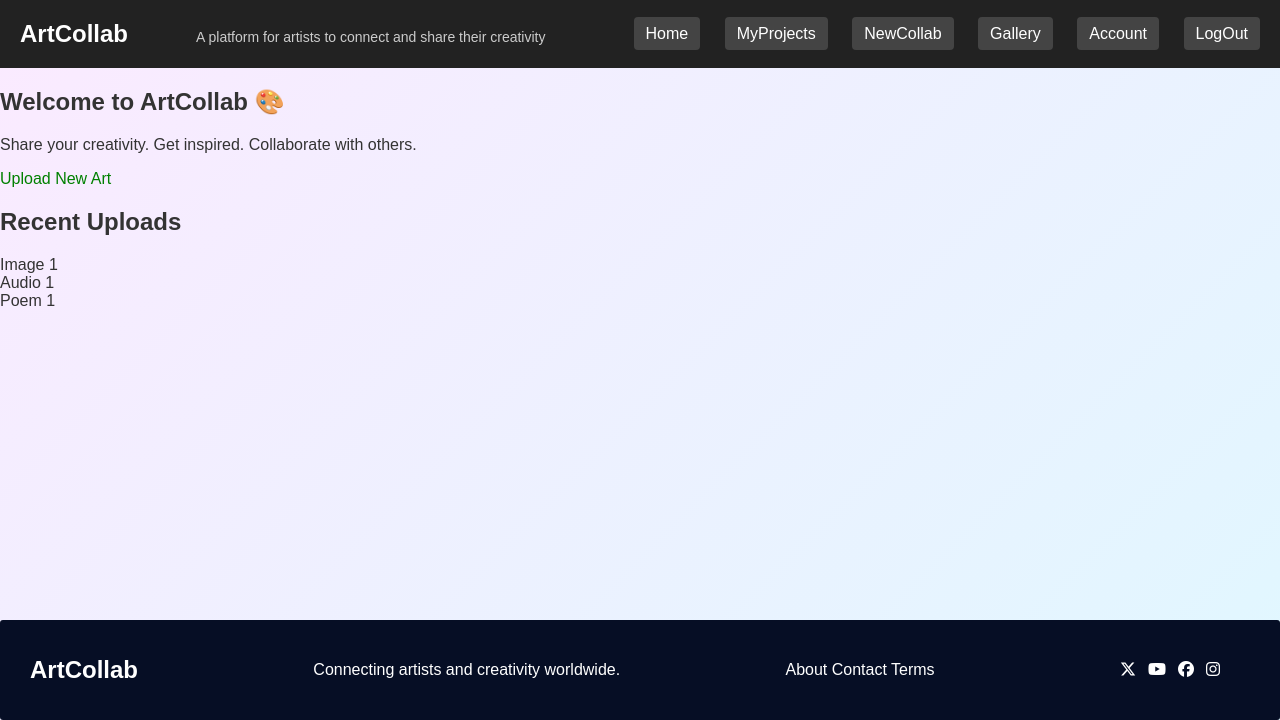
Repository: jeevanReddyP/ArtCollab_App
Page: dashboard.html
An editor plug-in stored every save of this project. The page is shown before and after a run of saves, followed by the edit.
The browser window is 1280 px wide. The pictures show the whole page.

Above is the page before, as saved 2025-06-13 19:57:09.

After the next 9 saves:
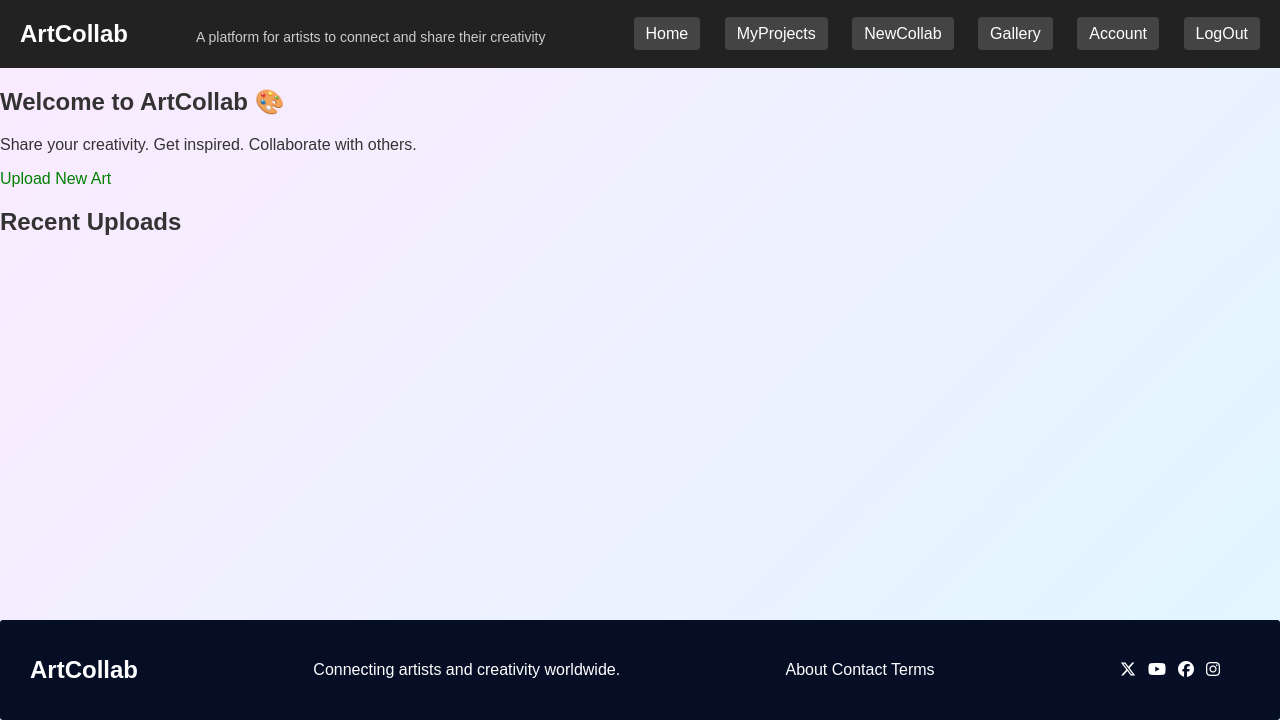
The 9 saves are shown as one change because they came seconds apart.
The last was saved 115 s later.
--- a/dashboard.html
+++ b/dashboard.html
@@ -144,3 +144,33 @@ justify-content:space-between;
 </footer>
 </body>
 </html>
+<script>
+  const artGrid = document.querySelector(".art-grid");
+  artGrid.innerHTML = ""; // Clear default placeholders
+
+  const artworks = JSON.parse(localStorage.getItem("artGallery")) || [];
+
+  // Show the latest 5 uploads (optional)
+  const recentArt = artworks.slice(-5).reverse();
+
+  recentArt.forEach(art => {
+    const card = document.createElement("div");
+    card.className = "art-card";
+
+    const title = `<h3>${art.title}</h3>`;
+    const description = `<p>${art.description}</p>`;
+
+    let content = "";
+
+    if (art.type === "image") {
+      content = `<img src="${art.fileurl}" alt="artwork" style="max-width: 100%; height: auto;">`;
+    } else if (art.type === "audio") {
+      content = `<audio controls src="${art.fileurl}"></audio>`;
+    } else if (art.type === "text") {
+      content = `<p style="white-space: pre-wrap;">${art.content}</p>`;
+    }
+
+    card.innerHTML = title + description + content;
+    artGrid.appendChild(card);
+  });
+</script>

After the 4 saves that followed:
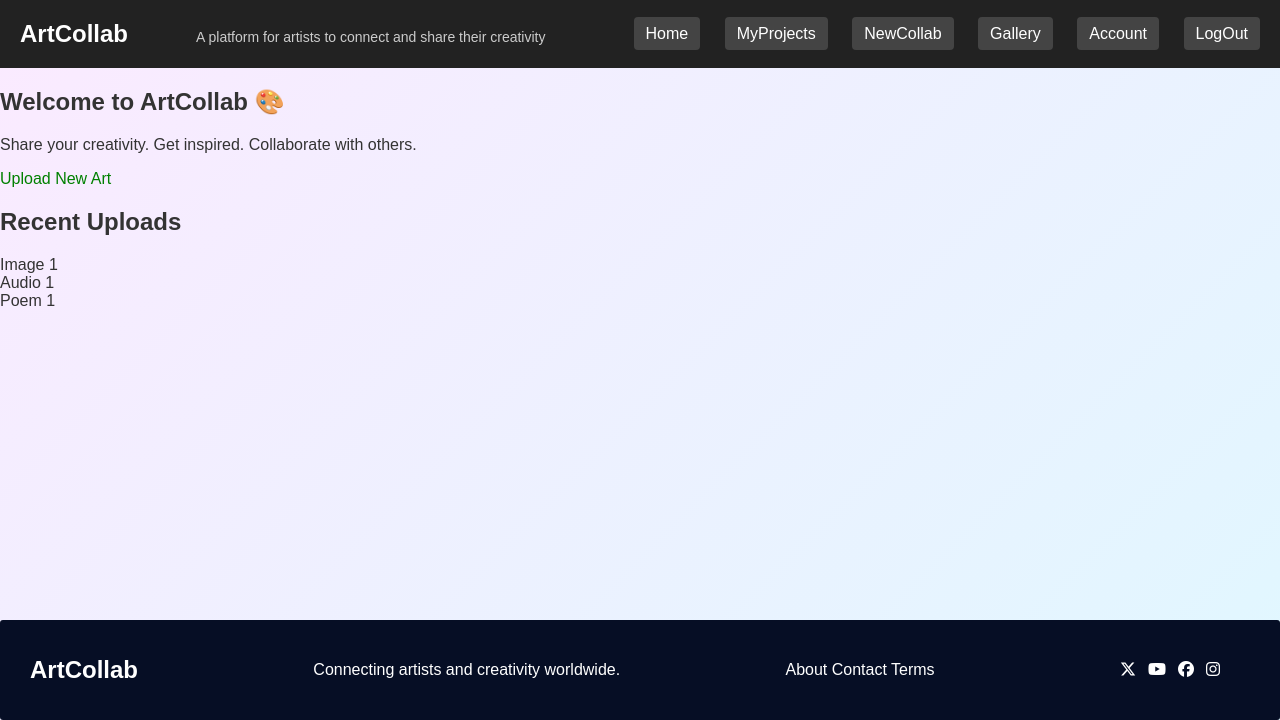
The 4 saves are shown as one change because 1 left the picture as it was and some came seconds apart.
The last was saved 3 min 35 s later.
--- a/dashboard.html
+++ b/dashboard.html
@@ -144,33 +144,3 @@ justify-content:space-between;
 </footer>
 </body>
 </html>
-<script>
-  const artGrid = document.querySelector(".art-grid");
-  artGrid.innerHTML = ""; // Clear default placeholders
-
-  const artworks = JSON.parse(localStorage.getItem("artGallery")) || [];
-
-  // Show the latest 5 uploads (optional)
-  const recentArt = artworks.slice(-5).reverse();
-
-  recentArt.forEach(art => {
-    const card = document.createElement("div");
-    card.className = "art-card";
-
-    const title = `<h3>${art.title}</h3>`;
-    const description = `<p>${art.description}</p>`;
-
-    let content = "";
-
-    if (art.type === "image") {
-      content = `<img src="${art.fileurl}" alt="artwork" style="max-width: 100%; height: auto;">`;
-    } else if (art.type === "audio") {
-      content = `<audio controls src="${art.fileurl}"></audio>`;
-    } else if (art.type === "text") {
-      content = `<p style="white-space: pre-wrap;">${art.content}</p>`;
-    }
-
-    card.innerHTML = title + description + content;
-    artGrid.appendChild(card);
-  });
-</script>
